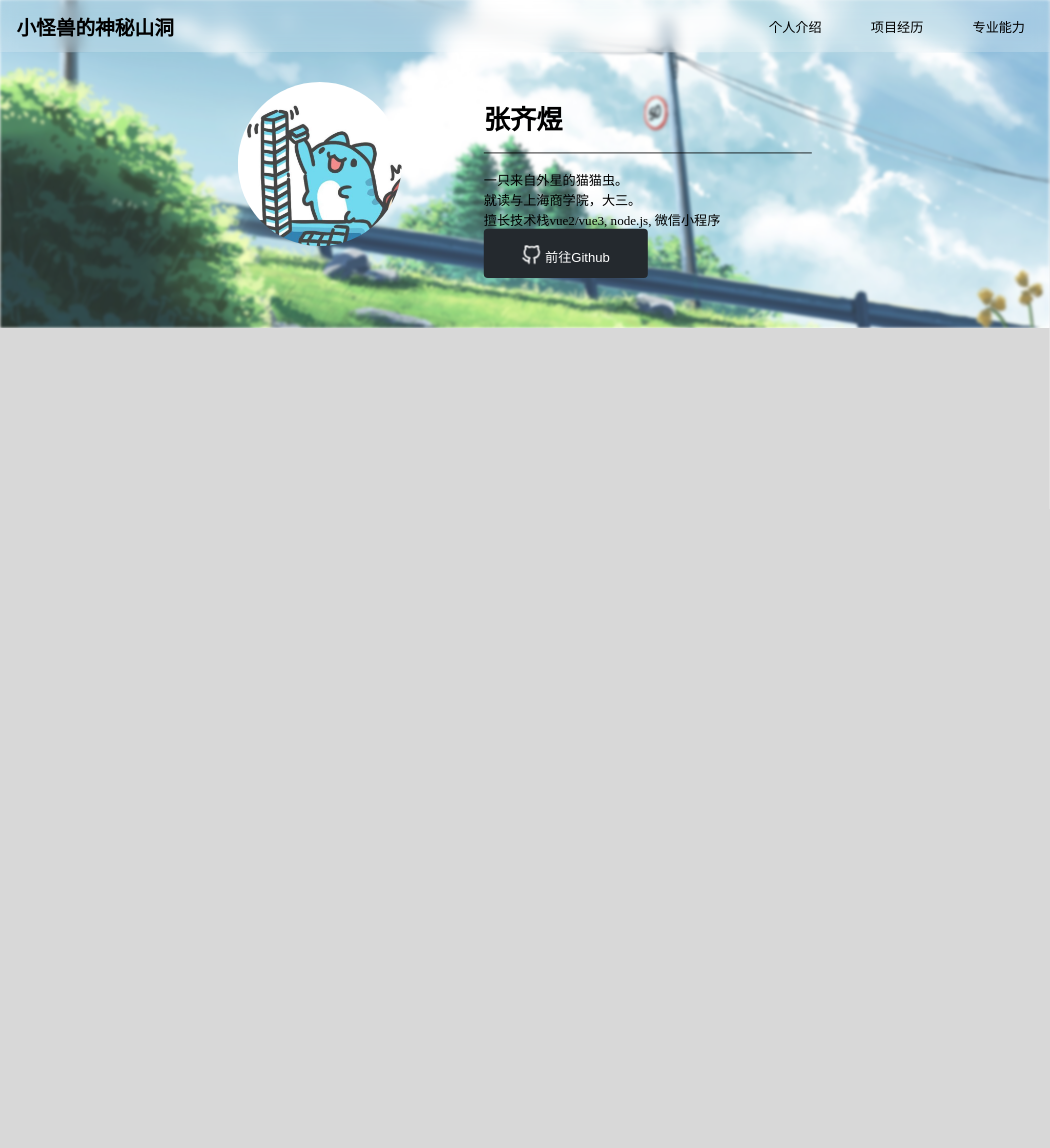
Repository: TheBiggestFatCat/myblog-frontend
Page: /
These files come from the project's save history. The page is drawn as it stood at one moment and after a run of saves; the edit follows.
The browser window is 1280 px wide. The pictures show the whole page, at 82% of full size.
The project was rebuilt for these pictures with package versions that can differ from the ones it lists, and the page was loaded fresh each time. Also part of the build but not shown: vite.config.ts.

Above is the page before, as saved 2023-02-26 10:29:19.

After the next 4 saves:
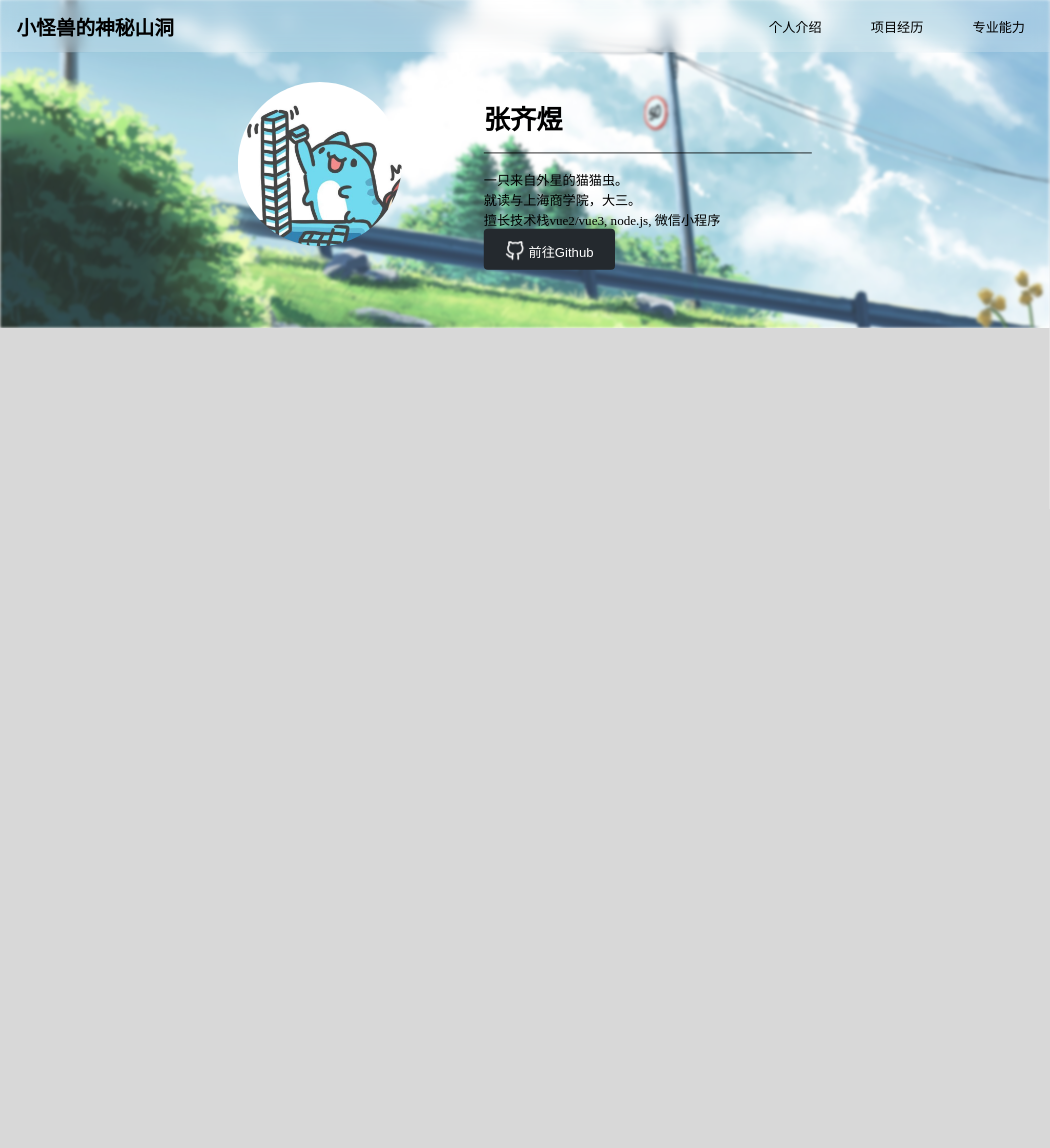
The 4 saves are shown as one change because they came seconds apart.
The last was saved 14 s later.
--- a/src/components/Home/Home.vue
+++ b/src/components/Home/Home.vue
@@ -80,8 +80,8 @@ const introduction = [
 
     button {
       background-color: #24292e;
-      height: 60px;
-      width: 200px;
+      height: 50px;
+      width: 160px;
       color: #fff;
       padding: 10px 20px;
       border: none;
